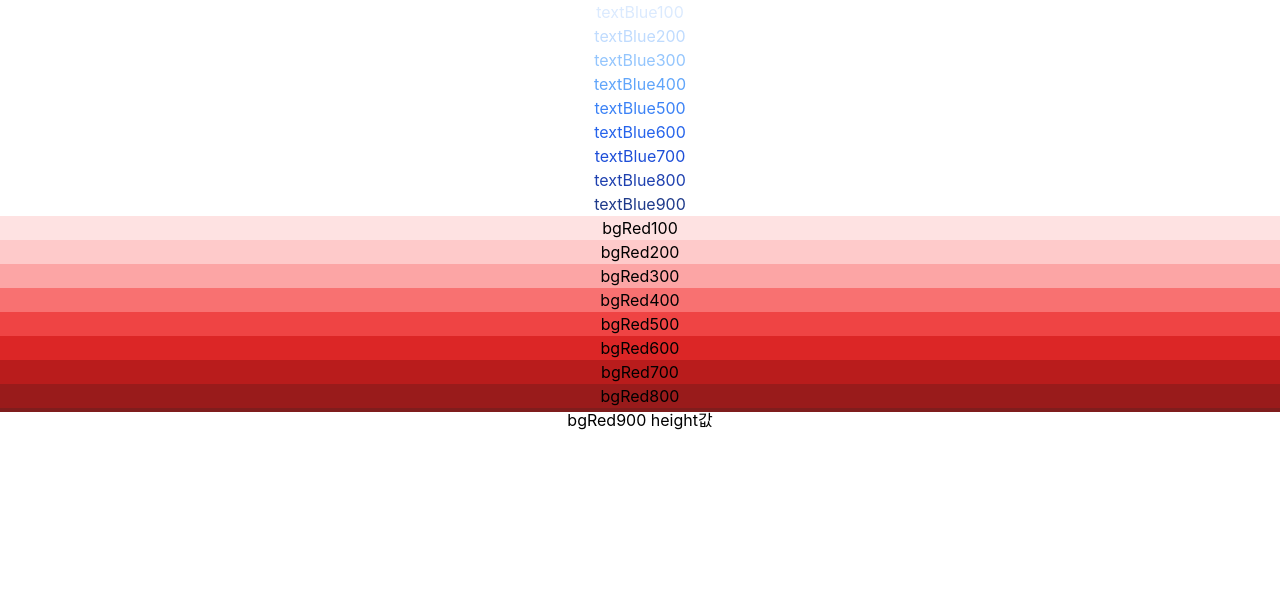
Repository: wogml3270/react-test-server
Page: /
The author's editor kept a copy of each file at every save. The page is drawn from the files as they stood at one save, then again after the next save.
The browser window is 1280 px wide. The pictures show the whole page.
The project was rebuilt for these pictures with package versions that can differ from the ones it lists, and the page was loaded fresh each time. Also part of the build but not shown: src/App.css.

Above is the page before, as saved 2022-08-04 20:32:15.

### src/index.js
import React from 'react';
import ReactDOM from 'react-dom/client';
import './index.css';
import App from './App';
import reportWebVitals from './reportWebVitals';
import './tailwind.css';

const root = ReactDOM.createRoot(document.getElementById('root'));
root.render(
  <React.StrictMode>
    <App />
  </React.StrictMode>
);

// If you want to start measuring performance in your app, pass a function
// to log results (for example: reportWebVitals(console.log))
// or send to an analytics endpoint. Learn more: https://bit.ly/CRA-vitals
reportWebVitals();

### src/App.js

import './App.css';

function App() {
  return (
    <>
      <div className="text-center">
        <h1 className="text-blue-100">textBlue100</h1>
        <h1 className="text-blue-200">textBlue200</h1>
        <h1 className="text-blue-300">textBlue300</h1>
        <h1 className="text-blue-400">textBlue400</h1>
        <h1 className="text-blue-500">textBlue500</h1>
        <h1 className="text-blue-600">textBlue600</h1>
        <h1 className="text-blue-700">textBlue700</h1>
        <h1 className="text-blue-800">textBlue800</h1>
        <h1 className="text-blue-900">textBlue900</h1>

        <h1 className="bg-red-100">bgRed100</h1>
        <h1 className="bg-red-200">bgRed200</h1>
        <h1 className="bg-red-300">bgRed300</h1>
        <h1 className="bg-red-400">bgRed400</h1>
        <h1 className="bg-red-500">bgRed500</h1>
        <h1 className="bg-red-600">bgRed600</h1>
        <h1 className="bg-red-700">bgRed700</h1>
        <h1 className="bg-red-800">bgRed800</h1>
        <h1 className="bg-red-900 h-1">bgRed900 height값 </h1>
      </div>
    </>
  );
}

export default App;

### src/tailwind.css
/* src/tailwind.css */

@tailwind base;
@tailwind components;
@tailwind utilities;

### tailwind.config.js
// tailwindcss.config.js

module.exports = {
    content: ['./src/**/*.{js,jsx,ts,tsx}', './public/index.html'],
    theme: {
        extend: {},
    },
    plugins: [],
};

Loaded but not shown: public/index.html (common file); src/index.css (common file); src/reportWebVitals.js (common file)

After the next save:
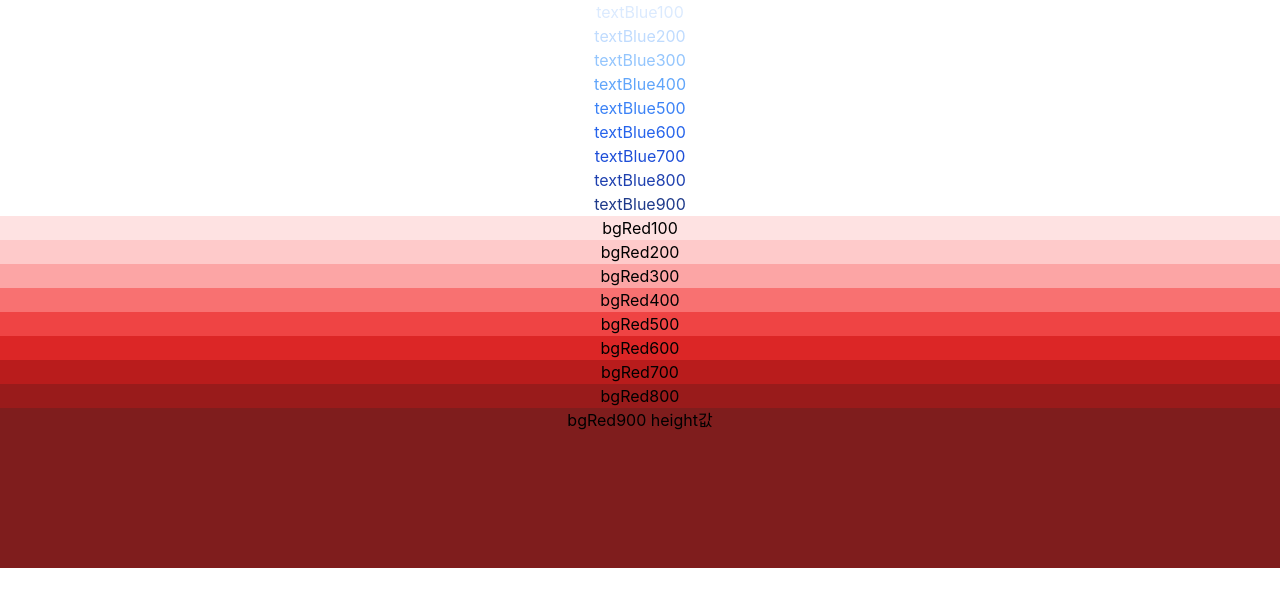
Saved 5 s later.
--- a/src/App.js
+++ b/src/App.js
@@ -23,7 +23,7 @@ function App() {
         <h1 className="bg-red-600">bgRed600</h1>
         <h1 className="bg-red-700">bgRed700</h1>
         <h1 className="bg-red-800">bgRed800</h1>
-        <h1 className="bg-red-900 h-1">bgRed900 height값 </h1>
+        <h1 className="bg-red-900 h-40">bgRed900 height값 </h1>
       </div>
     </>
   );
